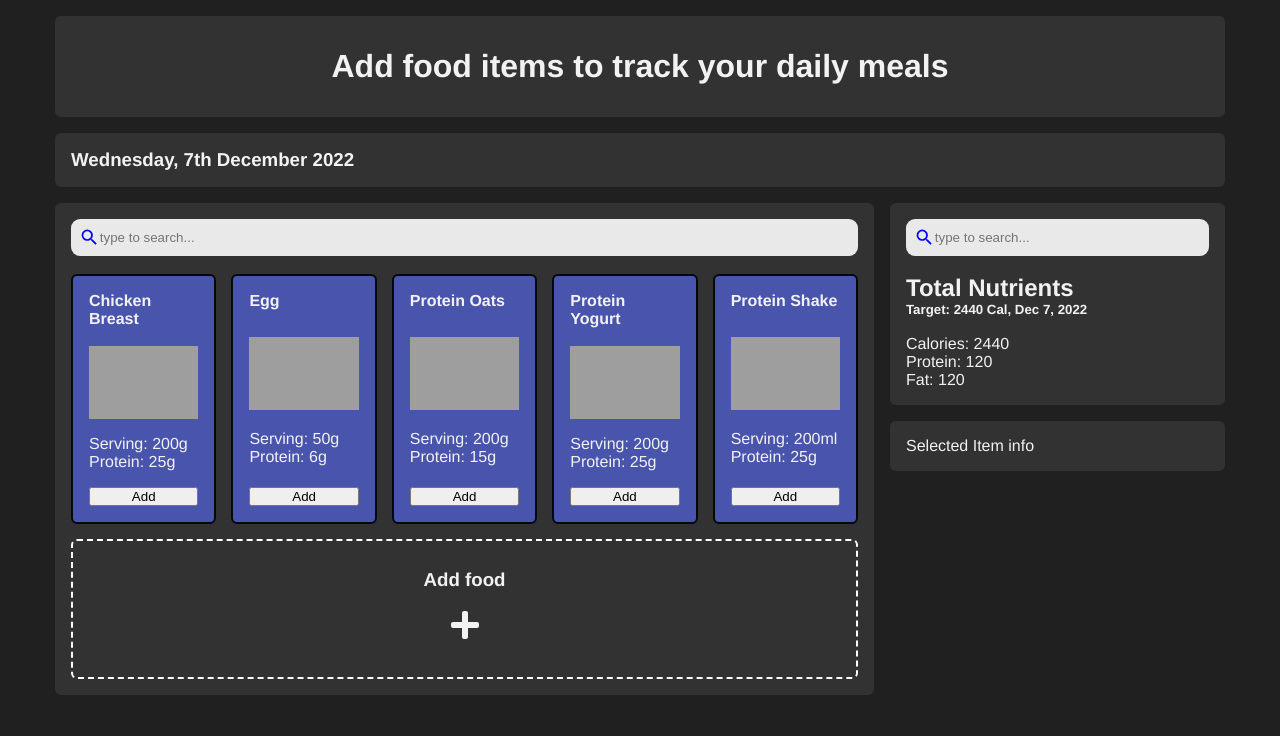
Repository: CEEPREL/NutritionTracker
Page: /
An editor plug-in stored every save of this project. The page is shown before and after the next save, followed by the edit.
The browser window is 1280 px wide. The pictures show the whole page.
Pictures or frames that could not be fetched are drawn as grey boxes. The project was rebuilt for these pictures with package versions that can differ from the ones it lists, and the page was loaded fresh each time. Also part of the build but not shown: vite.config.js.

Above is the page before, as saved 2022-12-08 20:09:35.

### public/index.html
<!DOCTYPE html>
<html lang="en">

<head>
  <meta charset="utf-8" />
  <link rel="icon" href="%PUBLIC_URL%/favicon.ico" />
  <meta name="viewport" content="width=device-width, initial-scale=1" />
  <meta name="theme-color" content="#000000" />
  <meta name="description" content="Web site created using create-react-app" />
  <link rel="apple-touch-icon" href="%PUBLIC_URL%/logo192.png" />
  <!--
      manifest.json provides metadata used when your web app is installed on a
      user's mobile device or desktop. See https://developers.google.com/web/fundamentals/web-app-manifest/
    -->
  <link rel="manifest" href="%PUBLIC_URL%/manifest.json" />
  <!--
      Notice the use of %PUBLIC_URL% in the tags above.
      It will be replaced with the URL of the `public` folder during the build.
      Only files inside the `public` folder can be referenced from the HTML.

      Unlike "/favicon.ico" or "favicon.ico", "%PUBLIC_URL%/favicon.ico" will
      work correctly both with client-side routing and a non-root public URL.
      Learn how to configure a non-root public URL by running `npm run build`.
    -->
  <title>React App</title>
  <!-- CSS only
  <link href="https://cdn.jsdelivr.net/npm/bootstrap@5.2.3/dist/css/bootstrap.min.css" rel="stylesheet"
    integrity="sha384-rbsA2VBKQhggwzxH7pPCaAqO46MgnOM80zW1RWuH61DGLwZJEdK2Kadq2F9CUG65" crossorigin="anonymous"> -->

</head>

<body>
  <noscript>You need to enable JavaScript to run this app.</noscript>
  <div id="root"></div>

  <!-- JavaScript Bundle with Popper -->
  <!-- <script src="https://cdn.jsdelivr.net/npm/bootstrap@5.2.3/dist/js/bootstrap.bundle.min.js"
    integrity="sha384-kenU1KFdBIe4zVF0s0G1M5b4hcpxyD9F7jL+jjXkk+Q2h455rYXK/7HAuoJl+0I4"
    crossorigin="anonymous"></script> -->

</body>

</html>

### src/App.js
/* eslint-disable jsx-a11y/img-redundant-alt */
import React, { useState, useEffect } from 'react';
import './App.css';
import './styles/searchFood.css';
import data from './data';

import CalculateNutrients from './components/CalculateNutrients';
import FoodList from './components/FoodList';
import Header from './components/Header';

const App = () => {

  //   const [foods, setFoods] = useState([
  //     {
  //         name: "Chicken Breast",
  //         size: "200g",
  //         protein: "25g",
  //         category: "lunch"
  //     }, {
  //         name: "Egg",
  //         size: "50g",
  //         protein: "6g",
  //         category: "breakfast"
  //     }, {
  //         name: "Protein Oats",
  //         size: "200g",
  //         protein: "15g",
  //         category: "breakfast"
  //     }, {
  //         name: "Protein Yogurt",
  //         size: "200g",
  //         protein: "25g",
  //         category: "breakfast"
  //     }, {
  //         name: "Protein Shake",
  //         size: "200ml",
  //         protein: "25g",
  //         category: "lunch"
  //     }
  //  ]);

  const { food_data } = data;
  return (
    <div className="container">
      <Header />

      <div className="wrapper-card">
        <h3>Wednesday, 7th December 2022</h3>
      </div>

      <div className="row">

        <div className="col-left">
          <div className="wrapper-card">
            <FoodList food_data={food_data} />
          </div>
        </div>

        <div className="col-right">
          <div className="wrapper-card">
            <CalculateNutrients />
          </div>

          <div className="wrapper-card">
            Selected Item info
          </div>

        </div>

      </div>

    </div>
  );
}



export default App;

### src/App.css
* {
  margin: 0;
  padding: 0;
  box-sizing: border-box;
}

code {
  font-family: source-code-pro, Menlo, Monaco, Consolas, 'Courier New',
    monospace;
}

body {
  font-family: 'Helvetica', BlinkMacSystemFont, 'Segoe UI', 'Roboto', 'Oxygen',
    'Ubuntu', 'Cantarell', 'Fira Sans', 'Droid Sans', 'Helvetica Neue',
    sans-serif;
  -webkit-font-smoothing: antialiased;
  -moz-osx-font-smoothing: grayscale;
  background: #202020;
  color: #F2F2F2;
}

.container {
  max-width: 1200px;
  justify-content: center;
  align-items: center;
  margin-left: auto;
  margin-right: auto;
  margin-top: 1rem;
  padding-right: 15px;
  padding-left: 15px;
  min-height: 100vh;
}

.header {
  padding: 2rem;
  background-color:  #323232;
  display: flex;
  flex-direction: column;
  align-items: center;
  justify-content: center;
  margin-bottom: 1rem;
  border-radius: 6px;
}

.col-left{
  float: left;
  width: 70%;
}

.col-right{
  float: left;
  width: 30%;
  padding-left: 1rem;
}

.wrapper-card {
  background-color: #323232;
  padding: 1rem;
  border-radius: 6px;
  margin-bottom: 1rem;
}

.foodList {
  display: flex;
  flex-wrap: wrap;
  gap:15px;

  /* display: grid;
  grid-gap: 1rem;
  grid-template-columns: repeat(auto-fill, minmax(180px, 1fr)); */
}

.food-card {
  min-height:8rem;
  min-width:9rem;

  border-radius: 6px;
  background-color: #4954ad;
  border: 2px solid rgb(4, 7, 12);
  padding: 1rem;

  display: flex;
  flex-direction: column;
  align-items: left;
  justify-content: space-between;
  flex: 0.5;
  cursor: pointer;

}

.food-nutrients {
  padding-top: 1rem;
  padding-bottom: 1rem;
}
.new-card{
  min-height:140px;
  min-width:  18rem;
  border-radius: 6px;
  border: 2px dashed rgb(255, 255, 255);
  padding: 1rem;

  display: flex;
  flex-direction: column;
  align-items: center;
  justify-content: center;
  flex: 1;
  cursor: pointer;
}

@media screen and (max-width: 960px) {
  .col-left, .col-right {
    width: 100%;
    padding: 0;
  }
}


/* Clear floats after the columns
.row:after {
  content: "";
  display: table;
  clear: both;
} */

### src/styles/searchFood.css
.searchFood {
    padding: 0.5rem;
    background-color:  #323232;
    display: flex;
    align-items: center;
    background-color: rgb(233,233,233);
    border-radius: 9px;

  }
  .searchFood input {
    border: none;
    background-color: rgb(233,233,233);

  }

  .searchFood input:focus {
    outline: none;
  }

### src/data.js

const data = {

    food_data: [
        {
            id: '1',
            name: "Chicken Breast",
            size: "200g",
            protein: "25g",
            category: "lunch",
            image: 'https://picsum.photos/id/190/2400/1600/'
        }, {
            id: '2',
            name: "Egg",
            size: "50g",
            protein: "6g",
            category: "breakfast",
            image: 'https://picsum.photos/id/170/2400/1600/'
        }, {
            id: '3',
            name: "Protein Oats",
            size: "200g",
            protein: "15g",
            category: "breakfast",
            image: 'https://picsum.photos/id/180/2400/1600/'
        }, {
            id: '4',
            name: "Protein Yogurt",
            size: "200g",
            protein: "25g",
            category: "breakfast",
            image: 'https://picsum.photos/id/170/2400/1600/'
        }, {
            id: '5',
            name: "Protein Shake",
            size: "200ml",
            protein: "25g",
            category: "lunch",
            image: 'https://picsum.photos/id/130/2400/1600/'
        }
    ],
};

export default data;

### src/components/CalculateNutrients.js
import React from 'react'
import SearchFood from './SearchFood'

function CalculateNutrients() {
  return (
    <div className="calculateNutrients">
      <SearchFood/>
      <br></br>
      <h2>Total Nutrients</h2>
      <h5>Target: 2440 Cal, Dec 7, 2022</h5>
      <br></br>
      <p>Calories: 2440</p>
      <p>Protein: 120</p>
      <p>Fat: 120</p>
    </div>
  )
}

export default CalculateNutrients

### src/components/FoodList.js
import { FaPlus } from 'react-icons/fa';
import Food from './Food';
import SearchFood from './SearchFood';

const FoodList = ({ food_data }) => {
    return (
        <div>
            <SearchFood />
            <br></br>

            <div className="foodList">
                {food_data.map((food) =>
                    <Food
                        key={food.id}
                        name={food.name}
                        size={food.size}
                        protein={food.protein}
                        image={food.image}
                    />
                )}

                {/*
                <Food name="Salad" serving="300g" protein="4g" />
                <Food name="Chicken" serving="500g" protein="21g" />
                <Food name="Peanut Butter" serving="30g" protein="6g" />
                <Food name="Peanut Butter" serving="30g" protein="6g" />
                <Food name="Peanut Butter" serving="30g" protein="6g" />
                <Food />
                */}
                <div className="new-card">
                    <h3>Add food </h3><br></br>
                    <h1><FaPlus /></h1>

                </div>
            </div>
        </div>

    )
}

export default FoodList

### src/components/Header.js
import React from 'react'
import SearchFood from './SearchFood'

function Header(props) {
    return (

        <div className="header">
            <h1>Add food items to track your daily meals</h1>
        </div>

    )
}

export default Header

### src/components/SearchFood.js
import React from 'react'
import { MdSearch } from 'react-icons/md'

function SearchFood() {
    return (
        <div className="searchFood">
            <MdSearch className="search-icons" size="1.3em" color="blue"/>
            <input
                // onChange={(event) => handleSearchNote(event.target.value)}
                type="text"
                placeholder="type to search...">

            </input>
        </div>
    )
}

export default SearchFood

### src/components/Food.js
import React from 'react'

const Food = ({ id, name, size, protein, image }) => {
    return (
        <div className="food-card">

            <h4><strong>{name}</strong></h4>
            <br></br>
            <img className="small" src={image} alt={name}></img>
            <div className="food-nutrients">
                <p>Serving: {size}</p>
                <p>Protein: {protein}</p>
            </div>
            <button>Add</button>

        </div>
    )
}

Food.defaultProps = {
    name: "Enter Food",
    serving: "0g",
    protein: "0g"
}

export default Food

Loaded but not shown: src/index.js (common file)

After the next save:
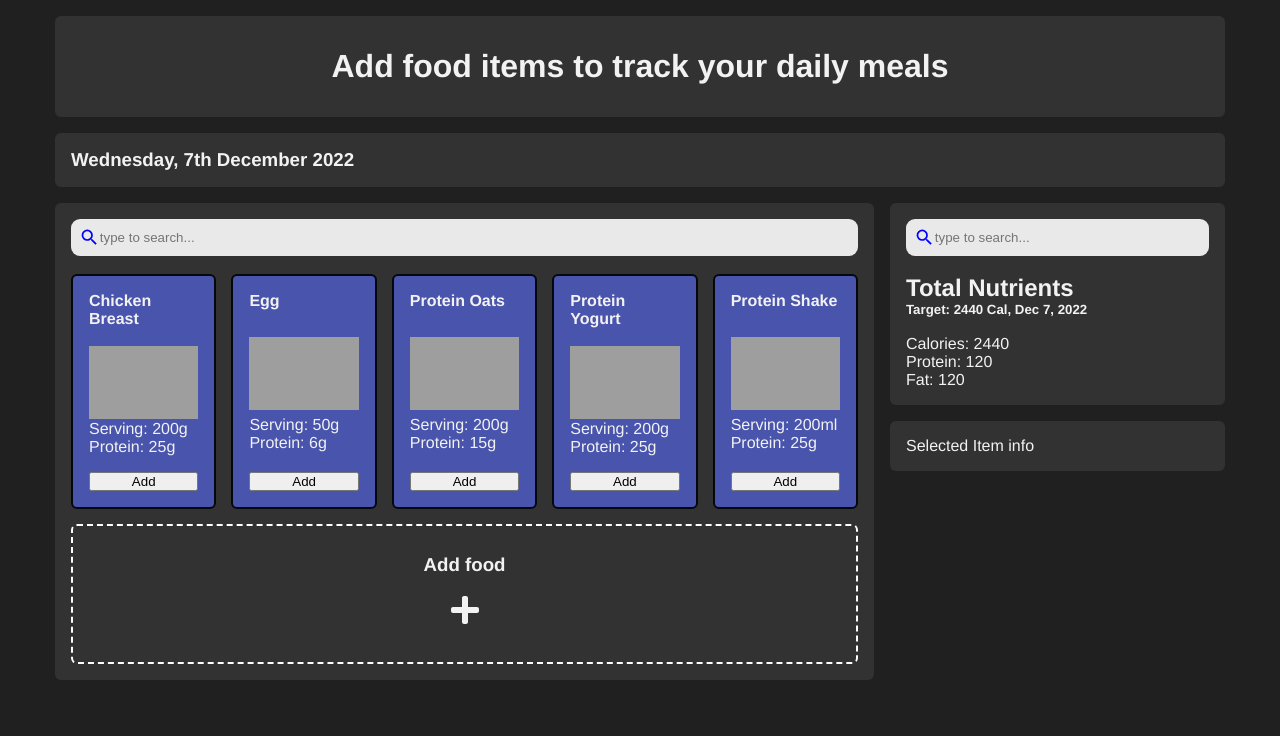
Saved 5 s later.
--- a/src/App.css
+++ b/src/App.css
@@ -89,7 +89,7 @@ body {
 }
 
 .food-nutrients {
-  padding-top: 1rem;
+  padding-top: 0.1rem;
   padding-bottom: 1rem;
 }
 .new-card{
